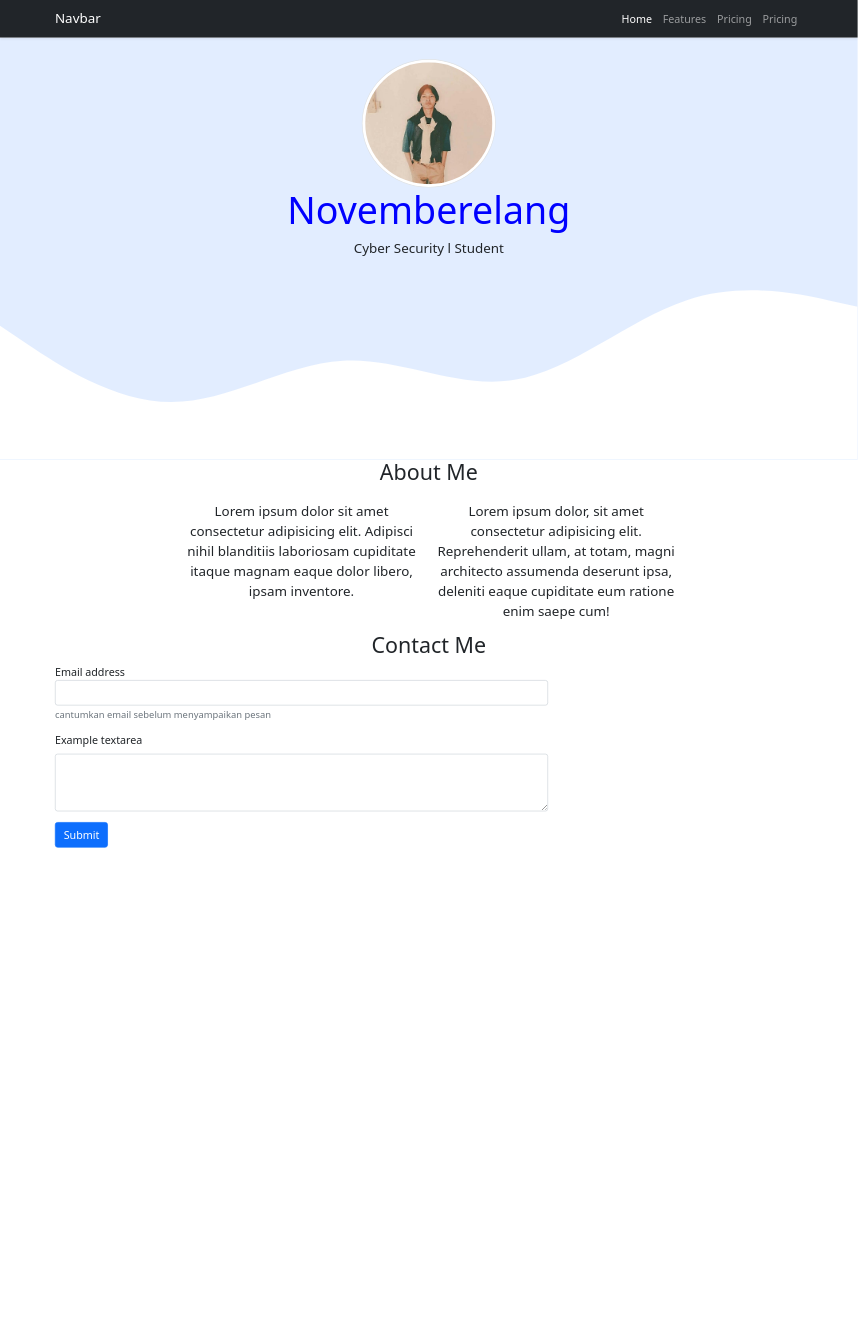
Repository: Novemberdad/gemilangtech.github.io
Page: index.html
These files come from the project's save history. The page is drawn as it stood at one moment and after the next save; the edit follows.
The browser window is 1280 px wide. The pictures show the whole page, at 67% of full size.

Above is the page before, as saved 2021-07-21 00:22:29.

After the next save:
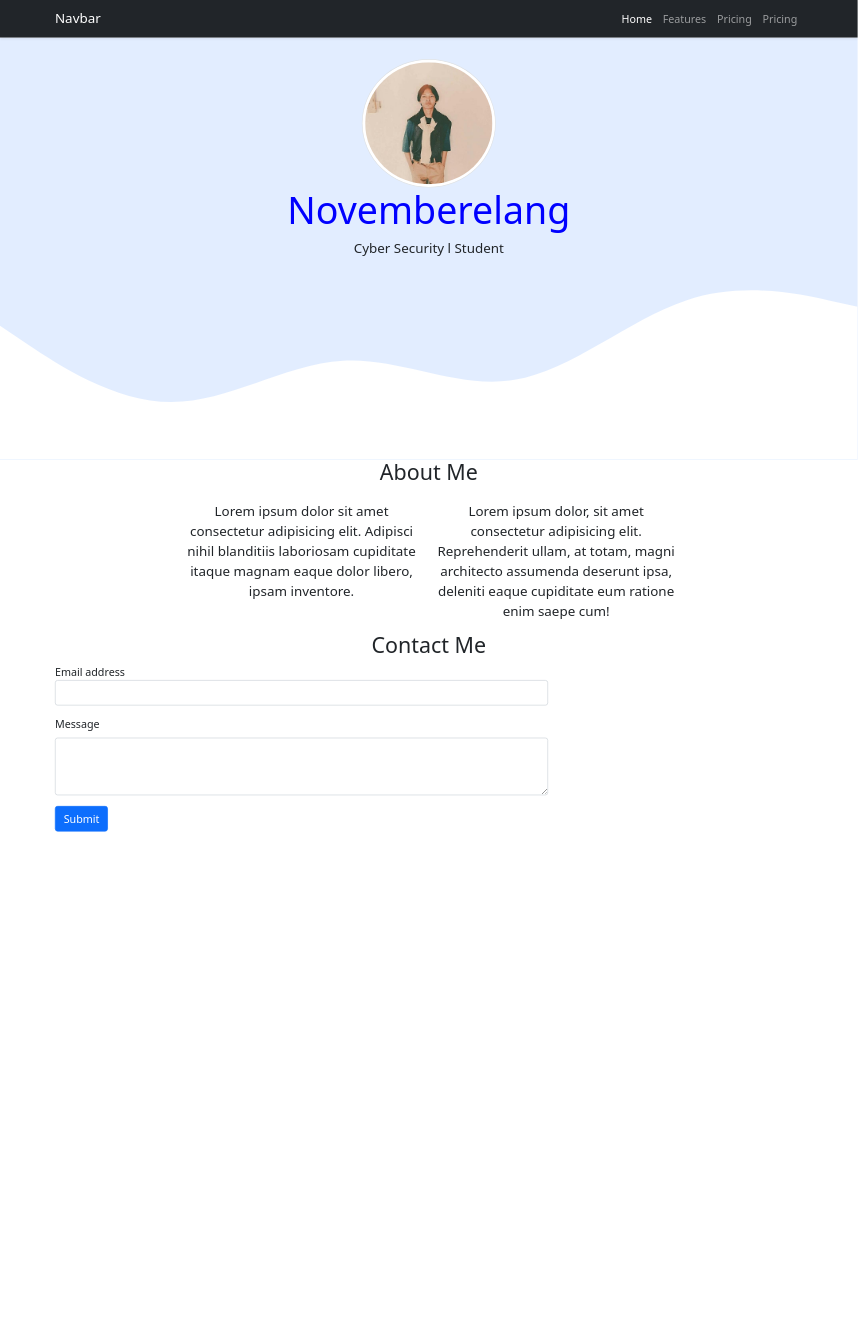
Saved 22 s later.
--- a/index.html
+++ b/index.html
@@ -97,10 +97,9 @@
                         <div class="mb-3">
                             <label for="exampleInputEmail1">Email address</label>
                             <input type="email" class="form-control" id="exampleInputEmail1" aria-describedby="emailHelp">
-                            <small id="emailHelp" class="form-text text-muted">cantumkan email sebelum menyampaikan pesan</small>
                         </div>
                         <div class="mb-3">
-                            <label for="exampleFormControlTextarea1" class="form-label">Example textarea</label>
+                            <label for="exampleFormControlTextarea1" class="form-label">Message</label>
                             <textarea class="form-control" id="exampleFormControlTextarea1" rows="3"></textarea>
                         </div>
                         <button type="submit" class="btn btn-primary">Submit</button>
